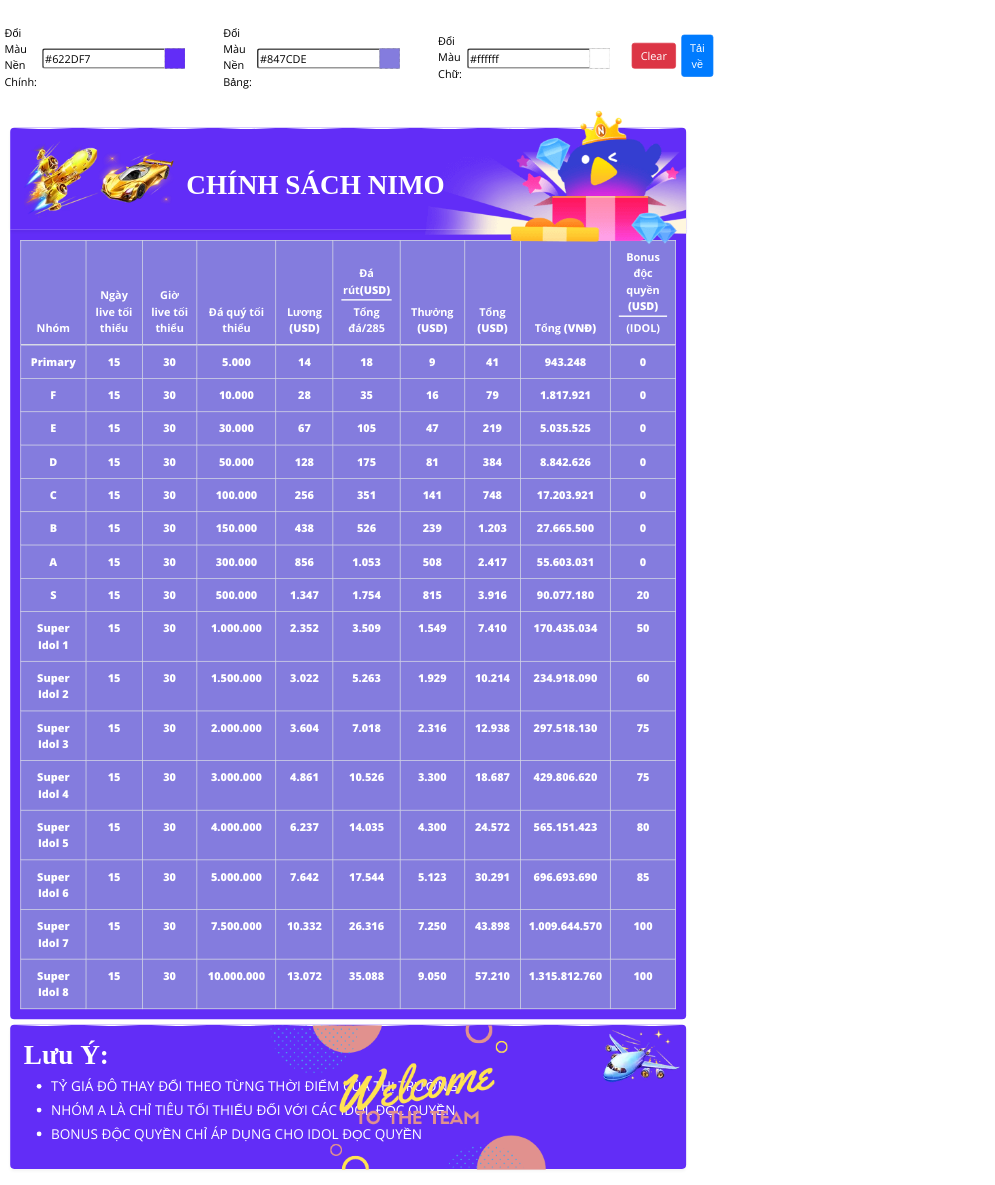
Repository: dav1601/nimo-work
Page: http://localhost/
The author's editor kept a copy of each file at every save. The page is drawn from the files as they stood at one save, then again after the next save.
The browser window is 1024 px wide. The page is 1259 px wide, then 1463 px, so the pictures cover 1463 px, including what lies to the right of the window. The pictures show the whole page, at 68% of full size.
The page is run by PHP 8.4 with error messages shown; the project is at /var/www/html/.

Above is the page before, as saved 2022-04-15 15:42:41.

After the next save:
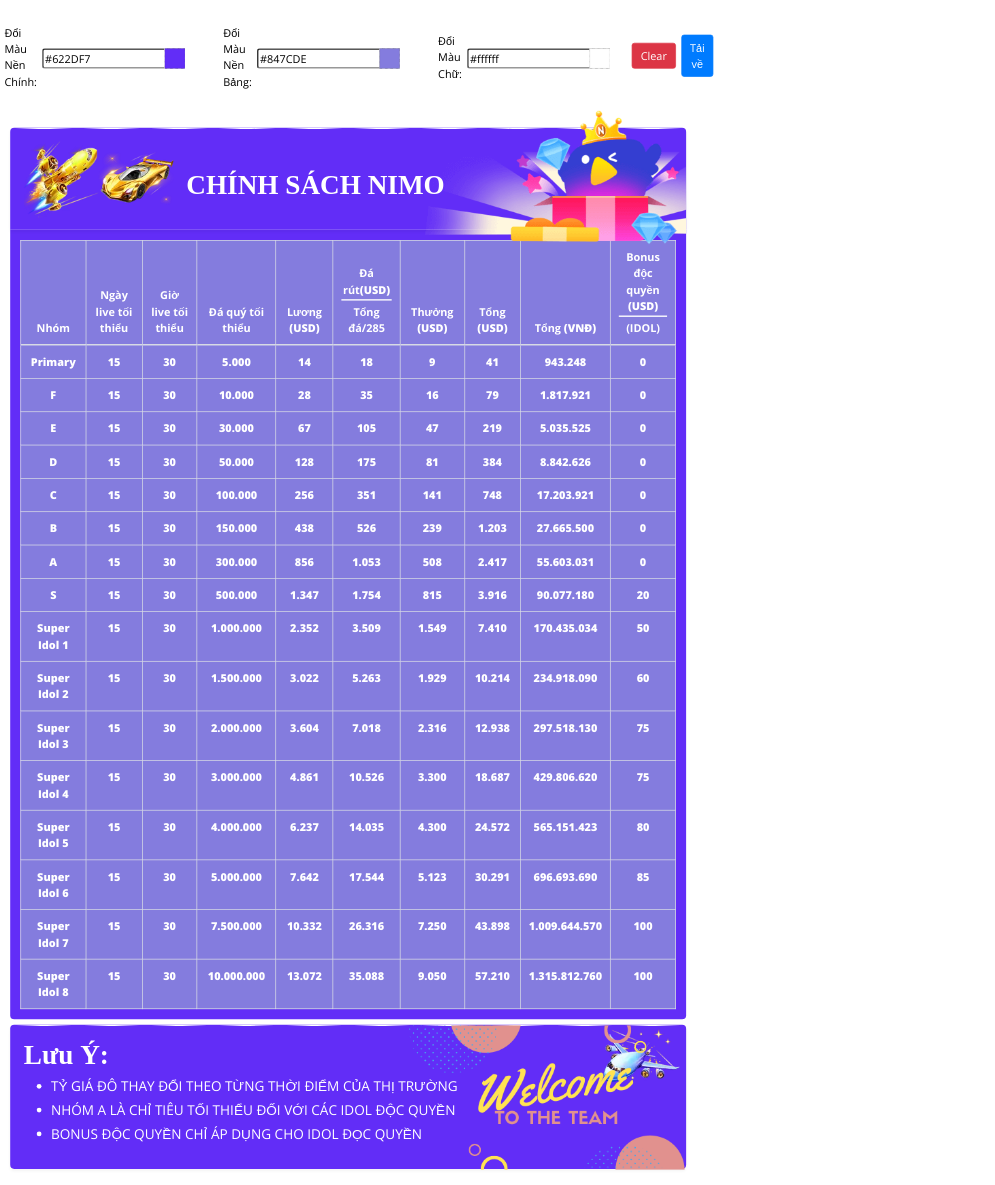
Saved 34 s later.
--- a/index.php
+++ b/index.php
@@ -249,10 +249,16 @@
             .img-4 {
                 display: none;
             }
+
             .img-3 {
-    left: 130px;
-    top: 20px;
-}
+                left: 130px;
+                top: 20px;
+            }
+
+            .nimo-10 {
+                right: -454px;
+                top: 1px;
+            }
 
 
         }
